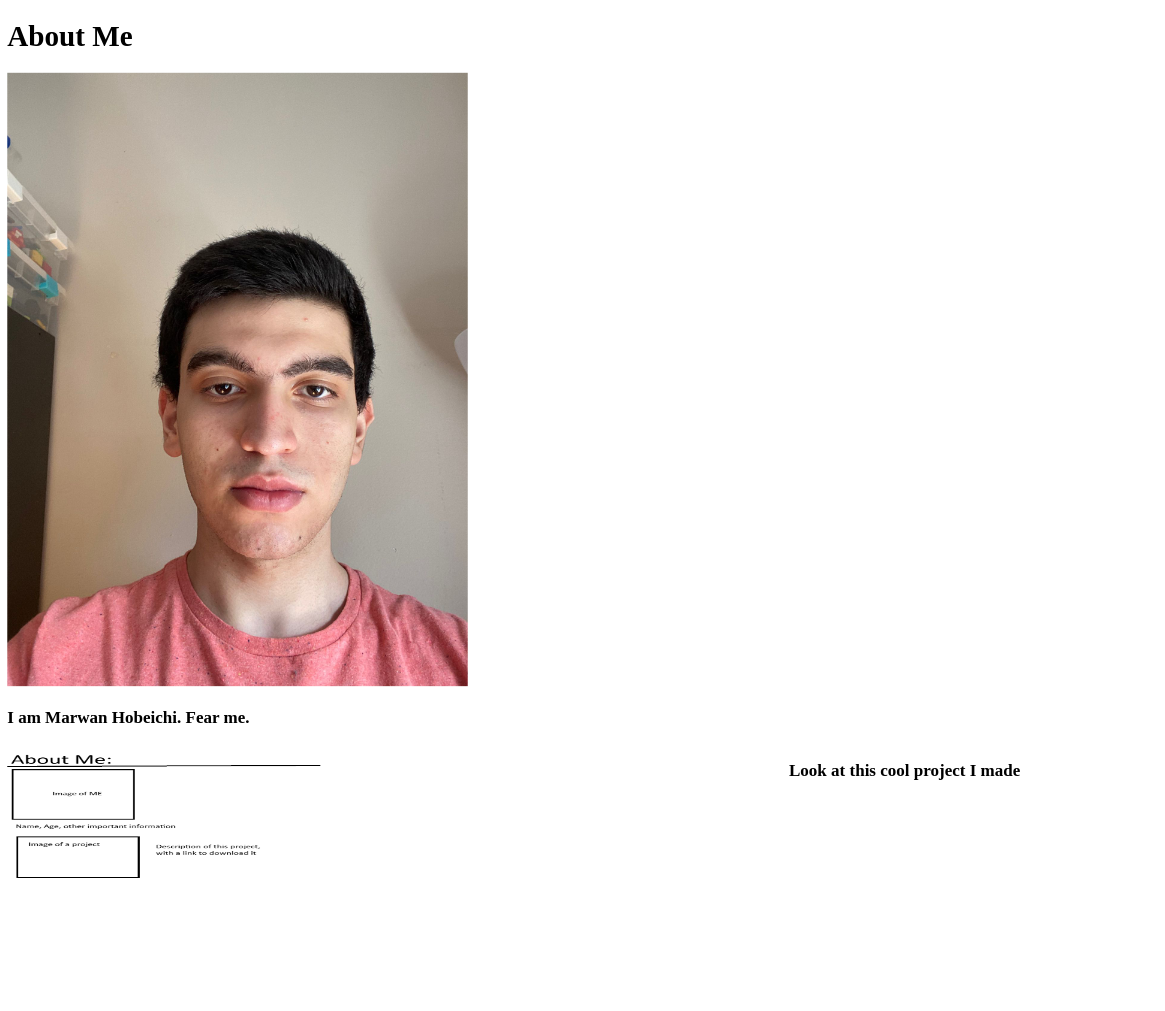
Repository: captainm64/captainm64
Page: index.html
An editor plug-in stored every save of this project. The page is shown before and after the next save, followed by the edit.
The browser window is 1280 px wide. The pictures show the whole page, at 91% of full size.

Above is the page before, as saved 2026-04-22 10:45:19.

### index.html
<!DOCTYPE html>
<html>
    <head>
        <link rel = "stylesheet" href = "../../styles/index.css" />
         <link rel = "stylesheet" href = "./styles/global.css" />
         <title>HomePage</title>
    </head>
<body>
<Header id = "Title">
<h1> About Me </h1>

<div class = "Me">
 <img src="../../assets/images/Marwan.jpg" alt = "Marwan Hobeichi looking at the camera"/>
</div>

<h3> I am Marwan Hobeichi. Fear me.</h3>

<div class = "projtxt">
 <div>
 <img src="../../assets/images/HomePage.png" alt = "Demonstration of an old project"/>
 </div>

 <h3> Look at this cool project I made</h3>
</div>

### styles/global.css
img{

   height: 55%;
   width: 40%;
}

.projtxt{

   display: flex;
   flex-direction: row;

}

Loaded but not shown: styles/index.css (no stored copy; drawn as an empty file)

After the next save:
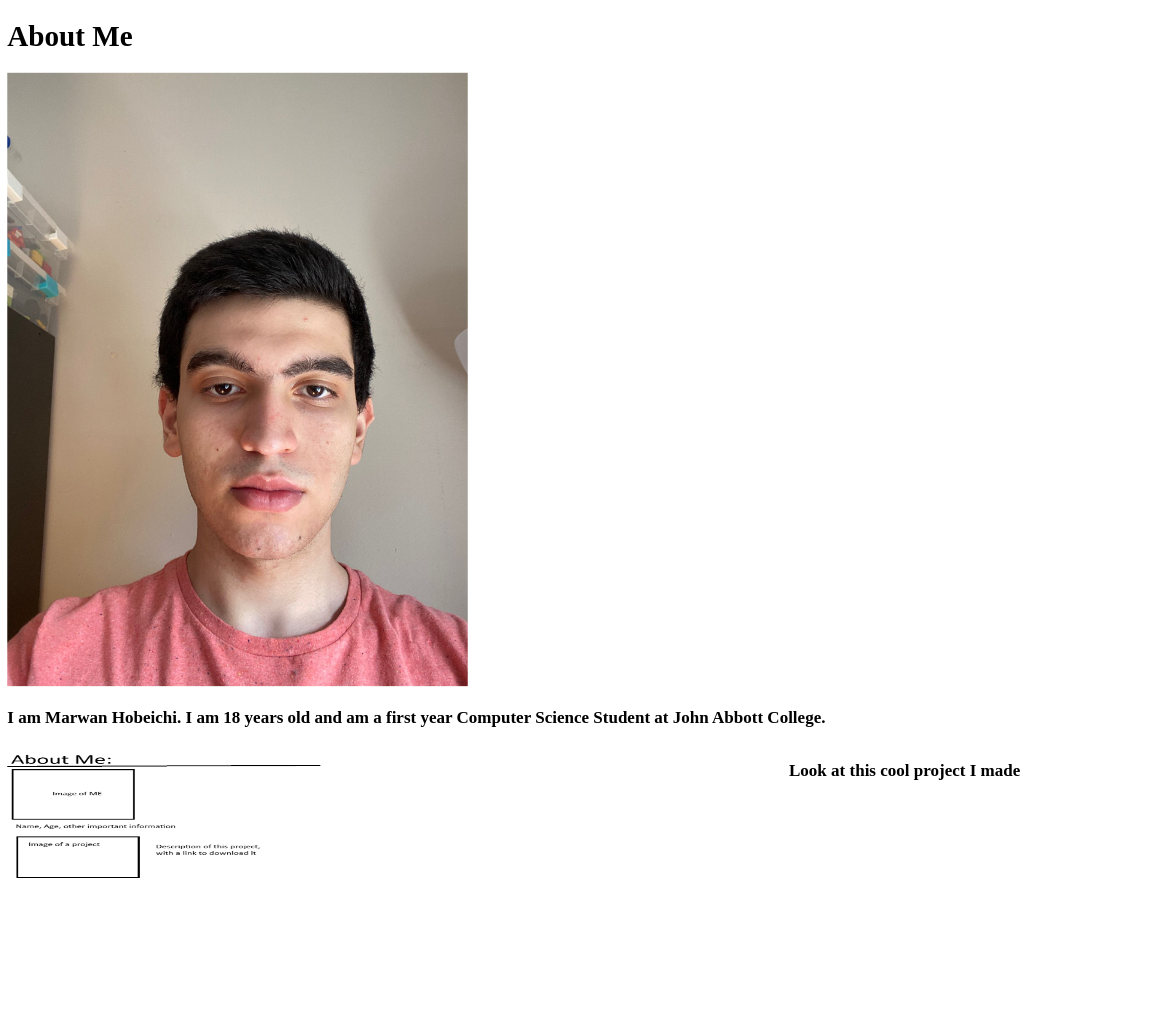
Saved 11 min 36 s later.
--- a/index.html
+++ b/index.html
@@ -13,7 +13,7 @@
  <img src="../../assets/images/Marwan.jpg" alt = "Marwan Hobeichi looking at the camera"/>
 </div>
 
-<h3> I am Marwan Hobeichi. Fear me.</h3>
+<h3> I am Marwan Hobeichi. I am 18 years old and am a first year Computer Science Student at John Abbott College.</h3>
 
 <div class = "projtxt">
  <div>
